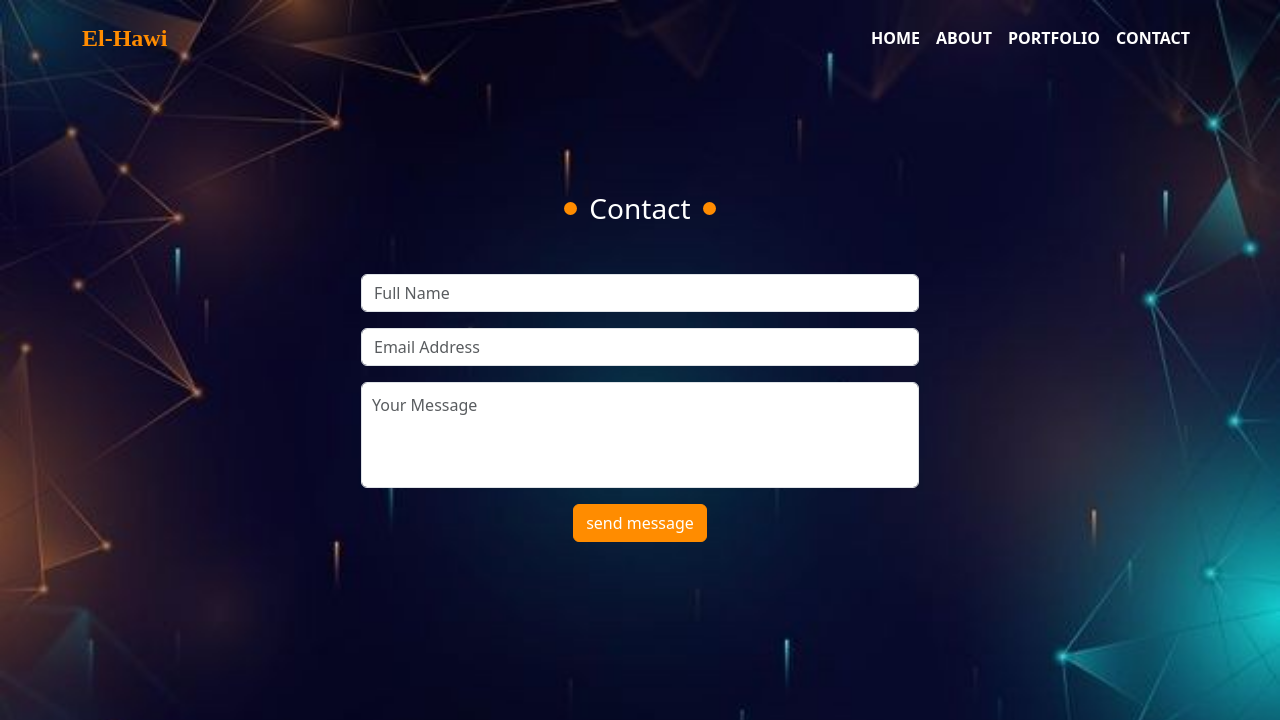
Repository: amralhawi123/Portfolio
Page: /contact
These files come from the project's save history. The page is drawn as it stood at one moment and after a run of saves; the edit follows.
The browser window is 1280 px wide. The pictures show the whole page.
The project was rebuilt for these pictures with package versions that can differ from the ones it lists, and the page was loaded fresh each time. Also part of the build but not shown: src/components/landing/landing.css, src/components/landing/landing.js, src/components/about/about.css, src/components/about/About.js, src/components/Portfolio/portfolio.css, src/components/Portfolio/Portfolio.js. Imported but missing from the stored project, and not drawn on this page: src/image/Amr Mahmoud Alhawi.pdf.

Above is the page before, as saved 2023-08-28 17:38:33.

After the next 3 saves:
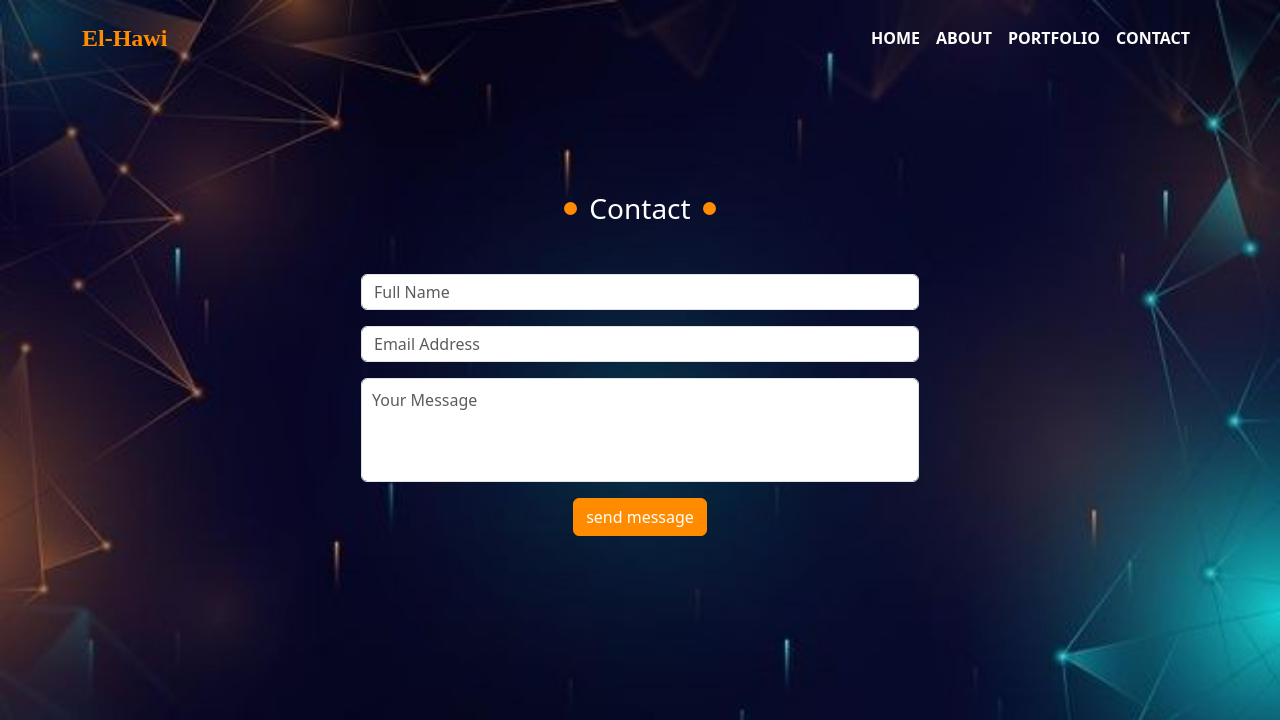
The 3 saves are shown as one change because they came seconds apart.
The last was saved 6 s later.
--- a/src/components/contact/contact.css
+++ b/src/components/contact/contact.css
@@ -11,7 +11,7 @@ form{
    width: 50%;
 }
 form input{
-   width: 50%;
+   height: 50%;
 }
 form .heghit{
    padding: 10px 0 70px 10px;
